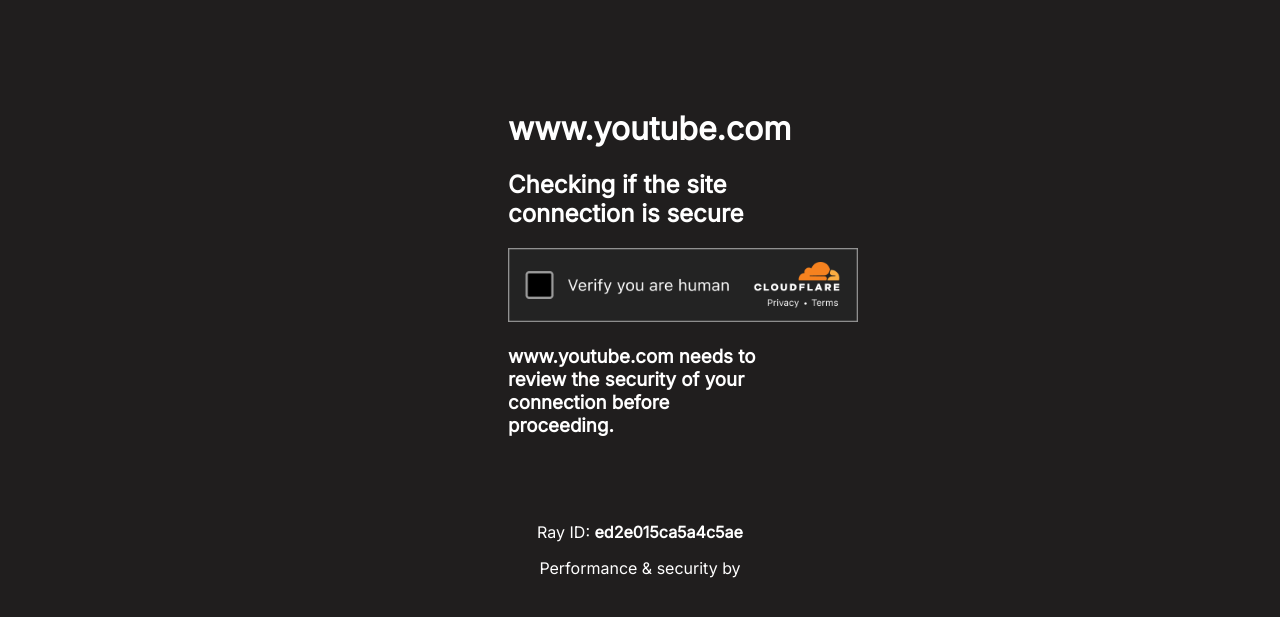
Repository: estech321/CAPTCHA-RickRoll
Page: index.html
The author's editor kept a copy of each file at every save. The page is drawn from the files as they stood at one save, then again after the next save.
The browser window is 1280 px wide. The pictures show the whole page.

Above is the page before, as saved 2023-12-29 23:46:37.

After the next save:
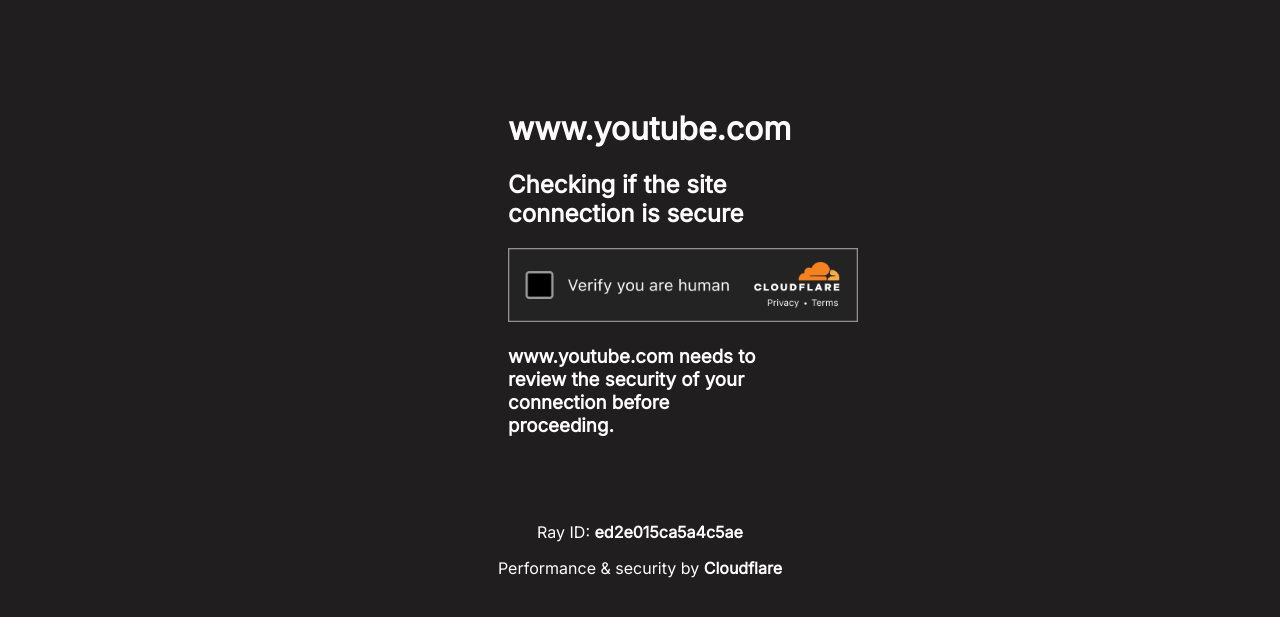
Saved 8 s later.
--- a/index.html
+++ b/index.html
@@ -30,7 +30,7 @@
     <footer>
         <center>
             <p>Ray ID: <strong>ed2e015ca5a4c5ae</strong></p>
-            <p>Performance & security by </p>
+            <p>Performance & security by <strong>Cloudflare</strong></p>
         </center>
     </footer>
 </body>
